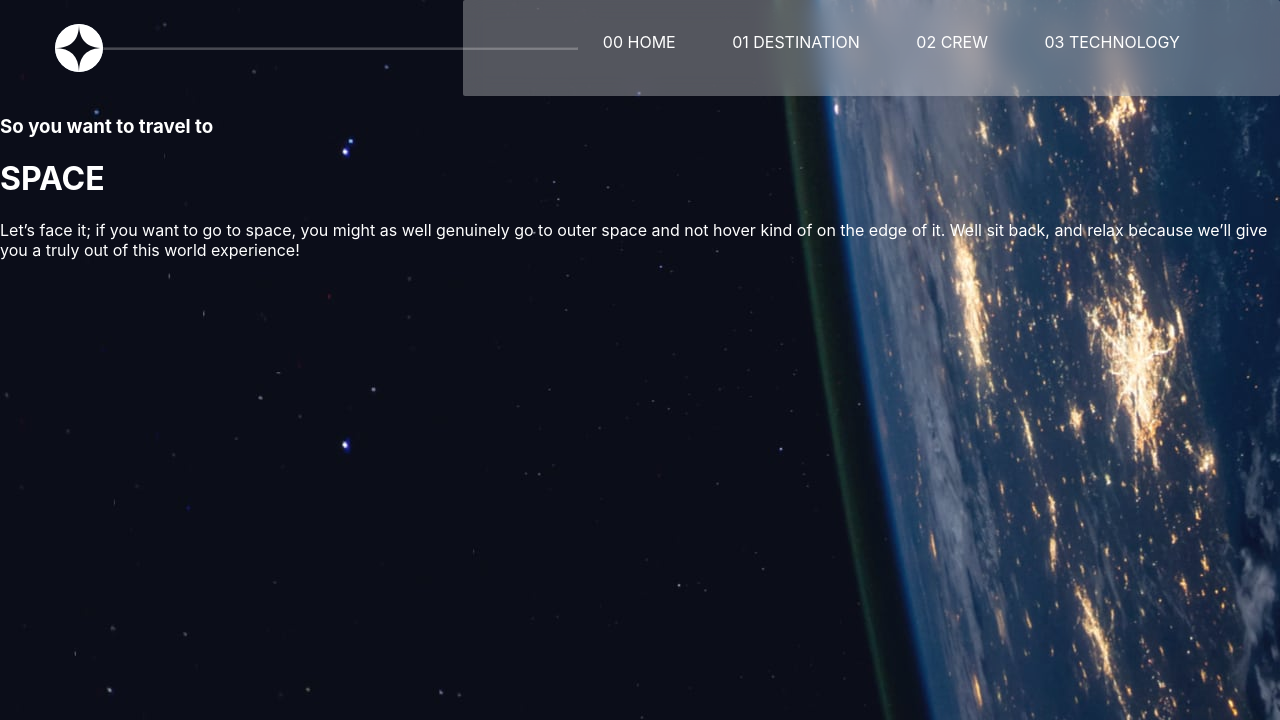
Repository: jhonenmanuel1/FrontEndMentor-MultiPageSpace
Page: /
These files come from the project's save history. The page is drawn as it stood at one moment and after the next save; the edit follows.
The browser window is 1280 px wide. The pictures show the whole page.
The project was rebuilt for these pictures with package versions that can differ from the ones it lists, and the page was loaded fresh each time.

Above is the page before, as saved 2022-06-21 16:26:00.

### src/App.js
import './App.css';
import HeaderView from './components/header';
import HomeView from './views/home';


function App() {
  return (
    <div className="App">
      <HeaderView/>
      <HomeView/>

    </div>
  );
}

export default App;

### src/App.css
body{
    background-image: url("../src/components/Images/home/background-home-desktop.jpg");
    background-color: #cccccc;


}

### src/components/header.js
import styles from "../styles/header.module.css"

const HeaderView = ()=>{

    return(
        <div className={styles.wraper}>
            <div className={styles.headerLogo}>
            <svg xmlns="http://www.w3.org/2000/svg" width="48" height="48"><g fill="none" fill-rule="evenodd"><circle cx="24" cy="24" r="24" fill="#FFF"/><path fill="#0B0D17" d="M24 0c0 16-8 24-24 24 15.718.114 23.718 8.114 24 24 0-16 8-24 24-24-16 0-24-8-24-24z"/></g></svg>
            </div>
            <div className={styles.headerLine}>
                <hr />
            </div>
            <div className={styles.headerMenu}>
                 <ul>
                    <li> 00 HOME</li>
                    <li> 01 DESTINATION </li>
                    <li> 02 CREW </li>
                    <li className={styles.lastList}> 03 TECHNOLOGY</li>

                </ul>
            </div>

        </div>
    )
}
export default HeaderView;

### src/views/home.js
import React from "react";
import styles from "../styles/homeview.module.css"

export default function HomeView(){
    return<>
        <div className={styles.homeSpaceTarget}>
            <div>
                <h3>So you want to travel to</h3>
                <h1>SPACE </h1>
                <p>Let’s face it; if you want to go to space, you might as well genuinely go to outer space and not hover kind of on the edge of it. Well sit back, and relax because we’ll give you a truly out of this world experience!</p>
            </div>
        </div>
    </>
}

### src/styles/header.module.css
.wraper {
    display: flex;
    justify-content: space-between;


    background-position: center center;
    background-repeat: no-repeat;
    background-size: cover


}
.headerLogo{
    display: flex;
    justify-content: center;
    align-items: center;


}
.headerLogo svg {
    background-color: aliceblue;
    border-radius: 100%;
    height: 48px;
    width: 48px;
    margin-left: 55px;
}

.headerMenu{
    background-color: rgba(255, 255, 255, 0.3);
    border-radius: 2px;
    text-align: center;
    backdrop-filter: blur(12px);
    -webkit-backdrop-filter: blur(10px);
    width: 830px;
    height: 96px;



}

.headerMenu ul {
    display: flex;
    justify-content:  space-between;
    align-items: center;
    padding-right: 100px;
    margin-left: 100px;
    margin-top: 32px;
    color: white;


}
.headerMenu ul li {
    text-decoration: none;
    list-style: none;

}

.headerLogo{
    color: white;

}
.headerLine {
    display: flex;
    justify-content: center;
    align-items: center;
    margin-right: -9%;
    z-index: 1;

}
.headerLine hr {
    height: 1px;
    background-color: white;
    color: white;
    width: 473px;
    opacity:  25.15%;

}

### src/styles/homeview.module.css
body{
    color: white;
}
.homeSpaceTarget{
    max-width: 461.76;
}

Loaded but not shown: public/index.html (common file); src/index.js (common file); src/index.css (common file); src/reportWebVitals.js (common file)

After the next save:
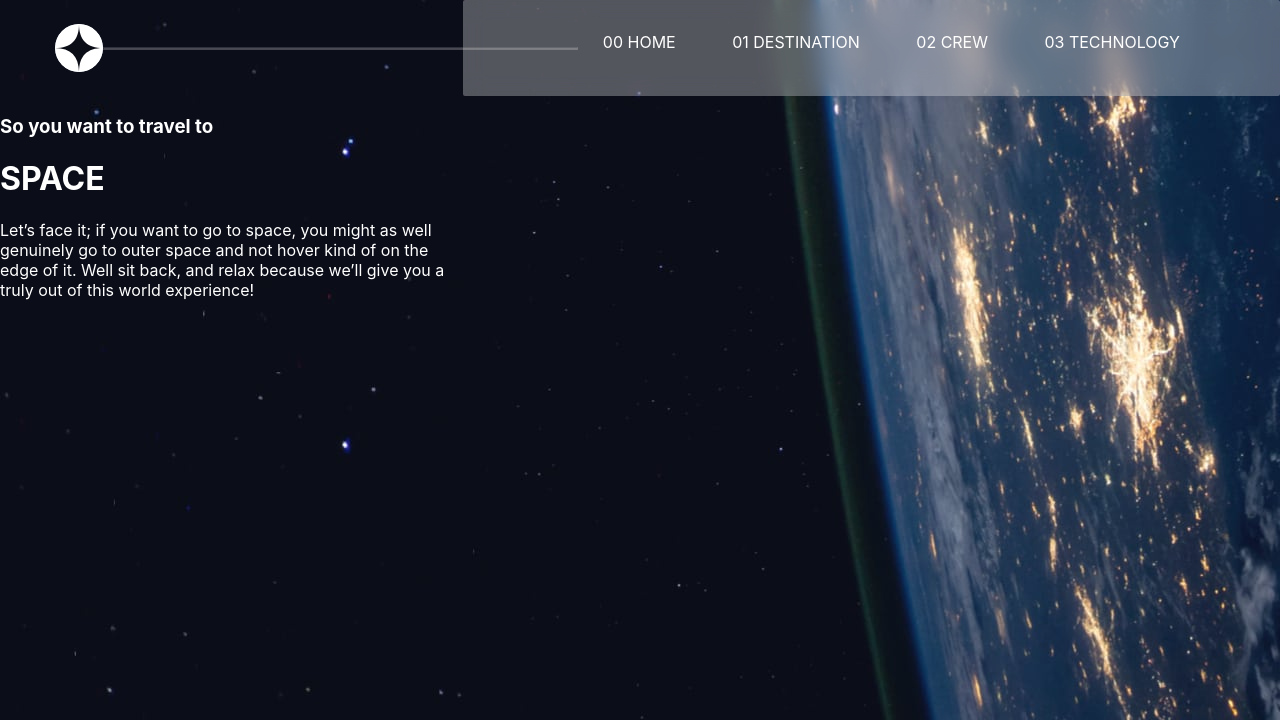
Saved 16 s later.
--- a/src/styles/homeview.module.css
+++ b/src/styles/homeview.module.css
@@ -2,5 +2,5 @@ body{
     color: white;
 }
 .homeSpaceTarget{
-    max-width: 461.76;
+    max-width: 461.76px;
 }
